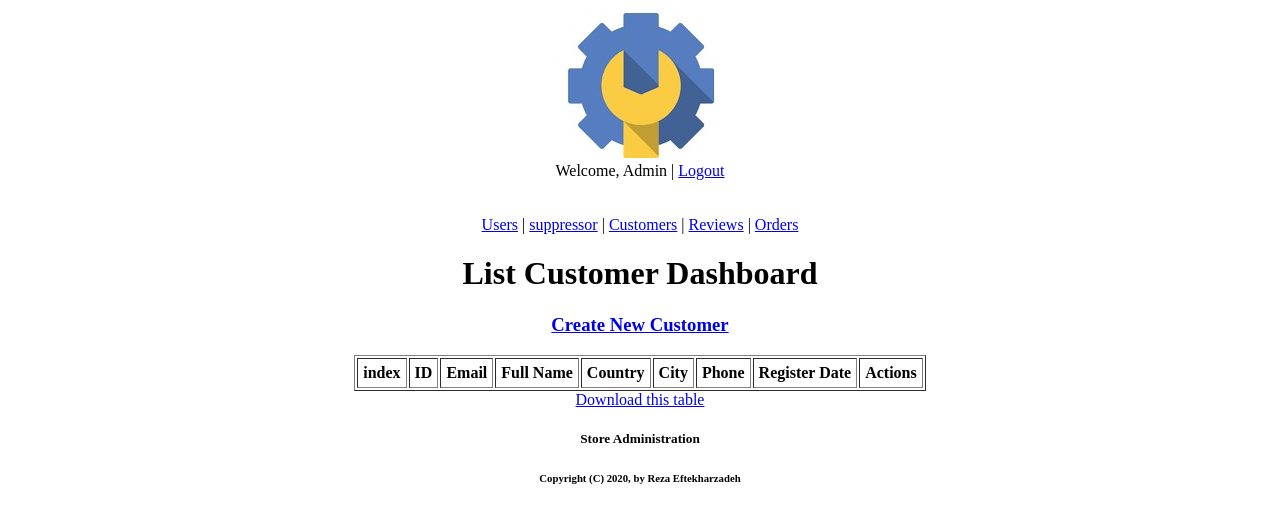
Repository: RezaEftekharzadeh/frey
Page: http://localhost/SilencerStoreProject/admin/customer_list.jsp
An editor plug-in stored every save of this project. The page is shown before and after the next save, followed by the edit.
The browser window is 1280 px wide. The pictures show the whole page.
The page is served by Tomcat 9. Nobody is signed in. The application's start-up code is not run. Other server files are loaded and not shown. The template is opened directly, without the code that normally fills it, so the values that code supplies are empty.

Above is the page before, as saved 2020-08-14 13:04:02.

### SilencerStoreProject/WebContent/admin/customer_list.jsp
<%@ page language="java" contentType="text/html; charset=ISO-8859-1"
    pageEncoding="ISO-8859-1"%>
    <%@ taglib prefix="c" uri="http://java.sun.com/jsp/jstl/core" %>
<!DOCTYPE html>
<html>
<head>
 <!-- <link rel="stylesheet" href="https://stackpath.bootstrapcdn.com/bootstrap/4.3.1/css/bootstrap.min.css" integrity="sha384-ggOyR0iXCbMQv3Xipma34MD+dH/1fQ784/j6cY/iJTQUOhcWr7x9JvoRxT2MZw1T" crossorigin="anonymous"> -->
<meta charset="ISO-8859-1">
<title>List Users page</title>
</head>
<body>
	<jsp:include page="header.jsp" />
	<div align="center">
	     <h1>List Customer Dashboard</h1>
	     <h3><a href="customer_form.jsp">Create New Customer</a></h3>
    </div>


   <c:if test="${ message != null }">
    	<c:if test="${ message2 == 1 }">

		    <div align="center">
		    	<h4><i><p style="color:green;">${message}</p></i></h4>

		    </div>

   		</c:if>
    </c:if>

     <c:if test="${ message != null }">
    	<c:if test="${ message2 == 2 }">

		    <div align="center">
		    	<h4><i><p style="color:red;">${message}</p></i></h4>

		    </div>

   		</c:if>
    </c:if>



	<div align="center">
		<table border="1" cellPadding="5" id="list">
			<tr>
				<th>index</th>
				<th>ID</th>
				<th>Email</th>
				<th>Full Name</th>
				<th>Country</th>
				<th>City</th>
				<th>Phone</th>
				<th>Register Date</th>
				<th>Actions</th>
			</tr>
			<c:forEach var="customer" items="${listCustomer}" varStatus="status">
				<tr>
					<td>${status.index+1}</td>
					<td>${customer.customerId}</td>
					<td>${customer.email}</td>
					<td>${customer.fullName}</td>
					<td>${customer.country}</td>
					<td>${customer.city}</td>
					<td>${customer.phone}</td>
					<td><input type="text" size = "3"></td>
					<td>${customer.registerDate}</td>

					<td>
						<a href="edit_customer?id=${customer.customerId}">Edit</a>
						<a href="javascript:confirmDelete(${customer.customerId})">Delete</a>
					</td>
				</tr>
			</c:forEach>

		</table>

	</div>
	<div align="center">
		<a href="javascript:fnExcelReport()">Download this table</a>
	</div>


     <jsp:include page="footer.jsp" />

     <script>
		function confirmDelete(customerId){

			if(confirm('Are you sure that want to delete ' + customerId + '?')){

				window.location= 'delete_customer?id='+ customerId ;
			}

		}

		function fnExcelReport(){

		    var tab_text="<table border='2px'><tr bgcolor='#87AFC6'>";
		    var textRange; var j=0;
		    tab = document.getElementById('list'); // id of table

		    for(j = 0 ; j < tab.rows.length ; j++) {

		        tab_text=tab_text+tab.rows[j].innerHTML+"</tr>";
		        //tab_text=tab_text+"</tr>";
		    }

		    tab_text=tab_text+"</table>";
		    tab_text= tab_text.replace(/<A[^>]*>|<\/A>/g, "");//remove if u want links in your table
		    tab_text= tab_text.replace(/<img[^>]*>/gi,""); // remove if u want images in your table
		    tab_text= tab_text.replace(/<input[^>]*>|<\/input>/gi, ""); // reomves input params

		    var ua = window.navigator.userAgent;
		    var msie = ua.indexOf("MSIE ");

		    if (msie > 0 || !!navigator.userAgent.match(/Trident.*rv\:11\./)) {     // If Internet Explorer

		        txtArea1.document.open("txt/html","replace");
		        txtArea1.document.write(tab_text);
		        txtArea1.document.close();
		        txtArea1.focus();
		        sa=txtArea1.document.execCommand("SaveAs",true,"Say Thanks to Sumit.xls");
		    }
		    else                 //other browser not tested on IE 11
		        sa = window.open('data:application/vnd.ms-excel,' + encodeURIComponent(tab_text));

		    return (sa);
		}

	</script>
</body>
</html>

### SilencerStoreProject/WebContent/admin/header.jsp
<div align="center">

	<div >
		 <img src="../images/admin-page.jpg">
	</div>

	<div >
	  Welcome, Admin | <a href="logout">Logout</a>
	</div>
	<br><br>

	<div>
		<a href="list_users">Users</a> |
		<a href="list_silencer">suppressor</a> |
		<a href="list_customers">Customers</a> |
		<a href="reviews">Reviews</a> |
		<a href="orders">Orders</a>
	</div>
</div>

### SilencerStoreProject/WebContent/admin/footer.jsp

<div align="center">

 <h5>Store Administration</h5>
 <h6> Copyright (C) 2020, by Reza Eftekharzadeh</h6>



</div>

After the next save:
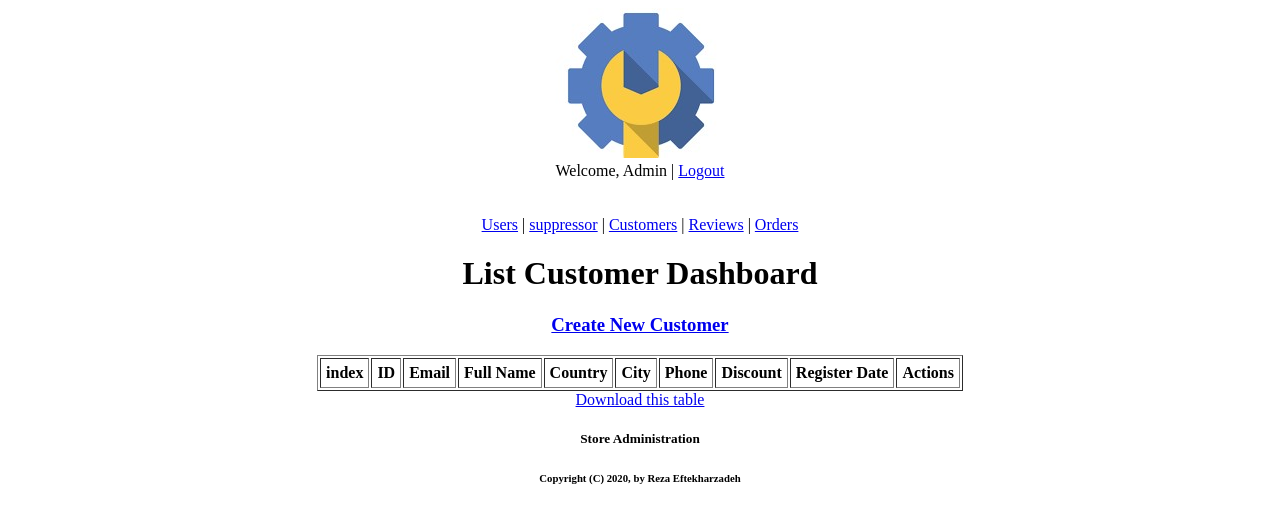
Saved 3 min 8 s later.
--- a/SilencerStoreProject/WebContent/admin/customer_list.jsp
+++ b/SilencerStoreProject/WebContent/admin/customer_list.jsp
@@ -50,6 +50,7 @@
 				<th>Country</th>
 				<th>City</th>
 				<th>Phone</th>
+				<th>Discount</th>
 				<th>Register Date</th>
 				<th>Actions</th>
 			</tr>
